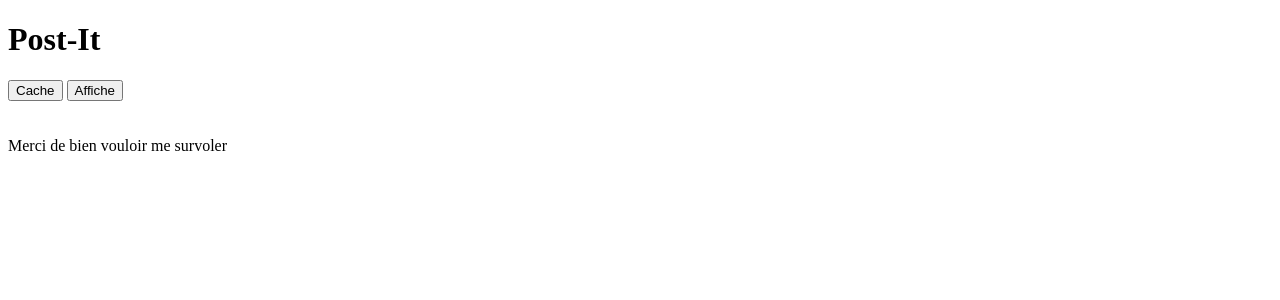
Repository: evalwebmeteofullstack/Gestion_meteo
Page: Notes/Cours + Exercices/Exercices/static/test/5em-code.html
An editor plug-in stored every save of this project. The page is shown before and after the next save, followed by the edit.
The browser window is 1280 px wide. The pictures show the whole page.

Above is the page before, as saved 2019-02-04 08:20:18.

After the next save:
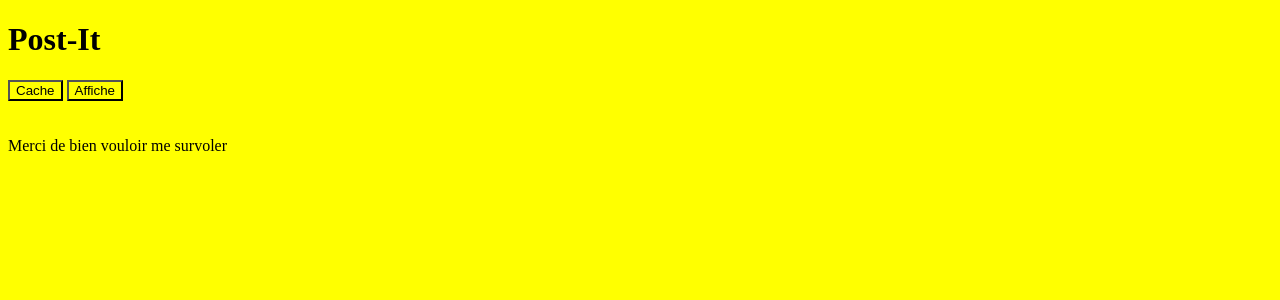
Saved 64 s later.
--- a/Notes/Cours + Exercices/Exercices/static/test/style5.css
+++ b/Notes/Cours + Exercices/Exercices/static/test/style5.css
@@ -1,4 +1,3 @@
-#postIt{
-	width: 100%;
+*{
 	background-color: yellow;
 }

After the save that followed:
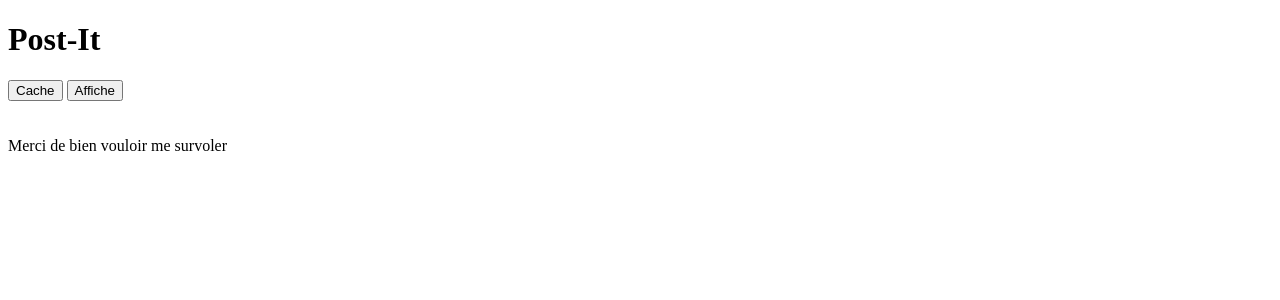
Saved 17 s later.
--- a/Notes/Cours + Exercices/Exercices/static/test/style5.css
+++ b/Notes/Cours + Exercices/Exercices/static/test/style5.css
@@ -1,3 +1,3 @@
-*{
+#postIt{
 	background-color: yellow;
 }
